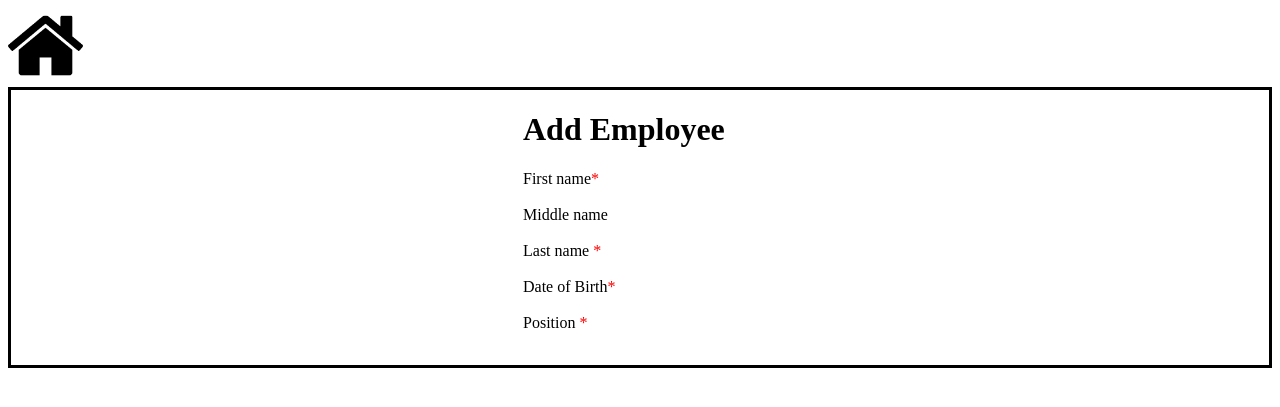
Repository: ticross18/SpringBootEmployeeSystem
Page: EmploymentSystem/src/main/resources/static/addEmp.html
These files come from the project's save history. The page is drawn as it stood at one moment and after the next save; the edit follows.
The browser window is 1280 px wide. The pictures show the whole page.

Above is the page before, as saved 2022-05-18 19:10:26.

After the next save:
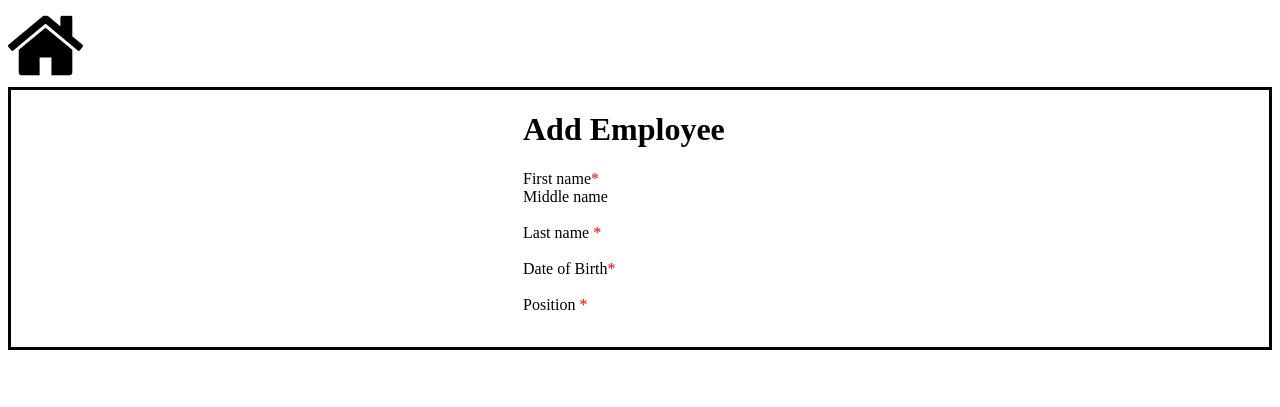
Saved 2 min 43 s later.
--- a/EmploymentSystem/src/main/resources/static/addEmp.html
+++ b/EmploymentSystem/src/main/resources/static/addEmp.html
@@ -16,8 +16,8 @@
 		<h1 id="title">Add Employee</h1>
 
 
-		    <form:form action="add employee" method="post" modelAttribute="Employees" id="userInput">
-			<form:label for="fname">First name<span class="asterisk">*</span> </form:label><br>
+		    <form action="add employee" method="post" modelAttribute="Employees" id="userInput">
+			<form:label for="fname">First name<span class="asterisk">*</span> </flabel <br>
 			<form:input type="text" id="fname" name="fname"><br>
 			<form:label for="mname">Middle name</form:label><br>
 			<form:input type="text" id="mname" name="mname"><br>
